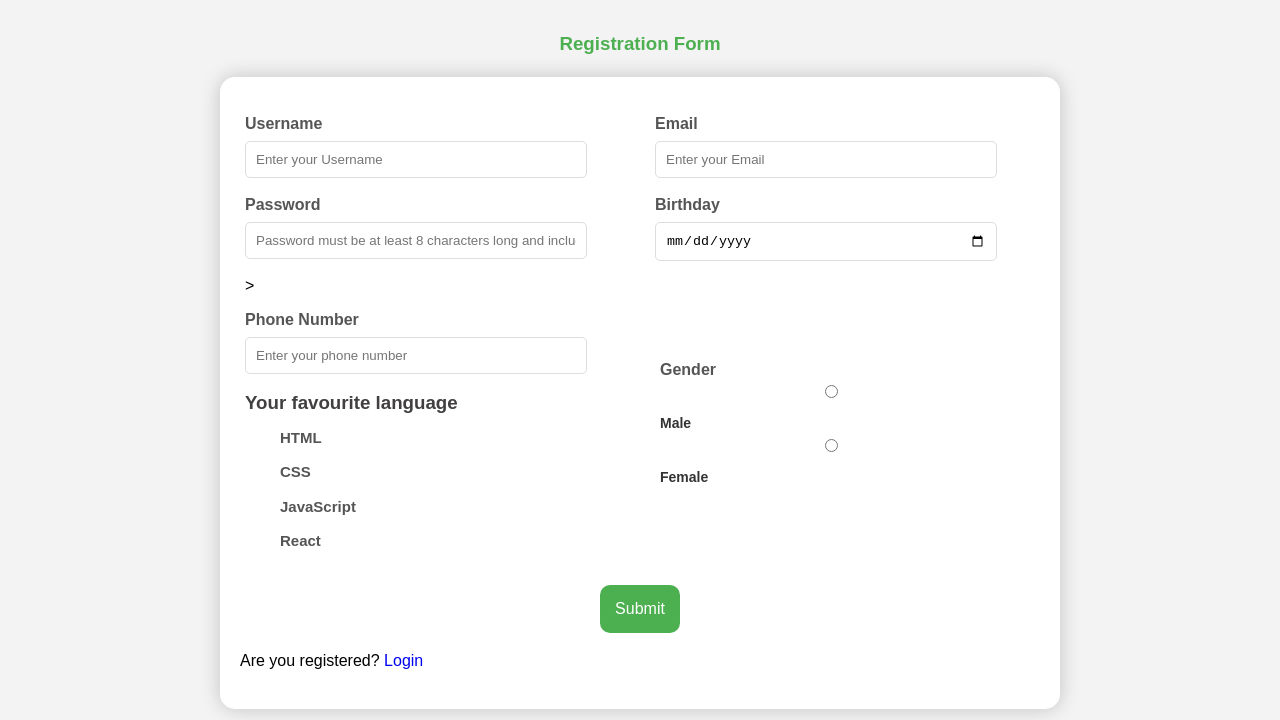
Repository: alizey12/Regestratin-Form-js
Page: regester.html
These files come from the project's save history. The page is drawn as it stood at one moment and after a run of saves; the edit follows.
The browser window is 1280 px wide. The pictures show the whole page.

Above is the page before, as saved 2024-11-29 20:03:37.

After the next 3 saves:
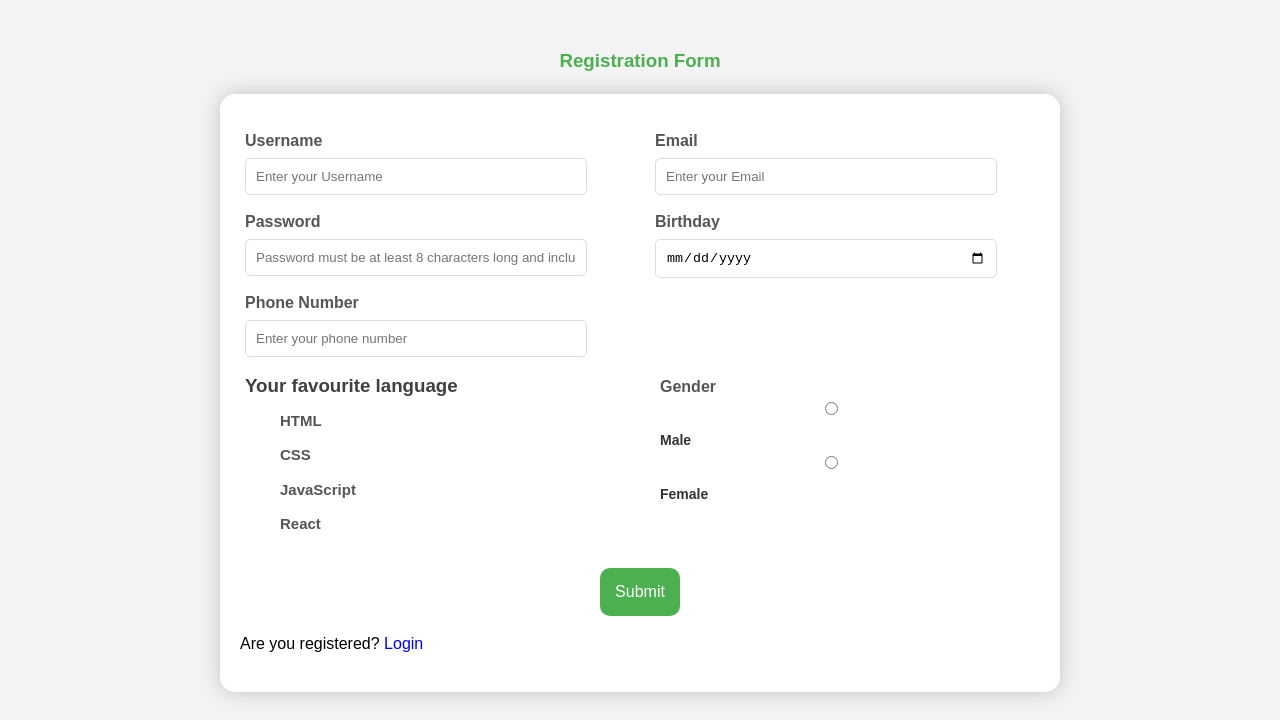
The 3 saves are shown as one change because they came seconds apart.
The last was saved 11 s later.
--- a/regester.html
+++ b/regester.html
@@ -21,7 +21,7 @@
                     <label for="password">Password</label>
                     <input type="password" id="password" name="password"
                            placeholder="Password must be at least 8 characters long and include at least one letter and one number."
-                           <!-- required pattern="^(?=.*[A-Za-z])(?=.*\d)[A-Za-z\d]{8,}$" -->
+                           required pattern="^(?=.*[A-Za-z])(?=.*\d)[A-Za-z\d]{8,}$"
                            >
 
                     <label for="quantity">Phone Number</label>
